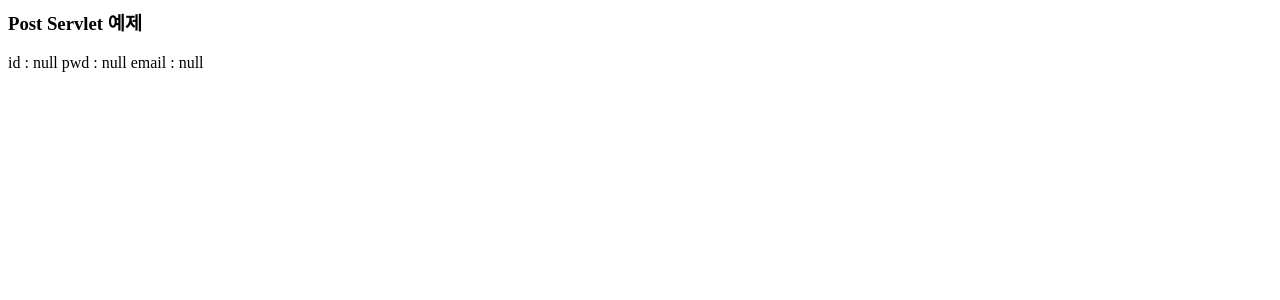
Repository: Chaenini/JSP
Page: http://localhost/Basic_JSP/seprac/PostServlet
The author's editor kept a copy of each file at every save. The page is drawn from the files as they stood at one save, then again after the next save.
The browser window is 1280 px wide. The pictures show the whole page.
The page is served by Tomcat 9.

Above is the page before, as saved 2019-10-18 02:34:37.

After the next save:
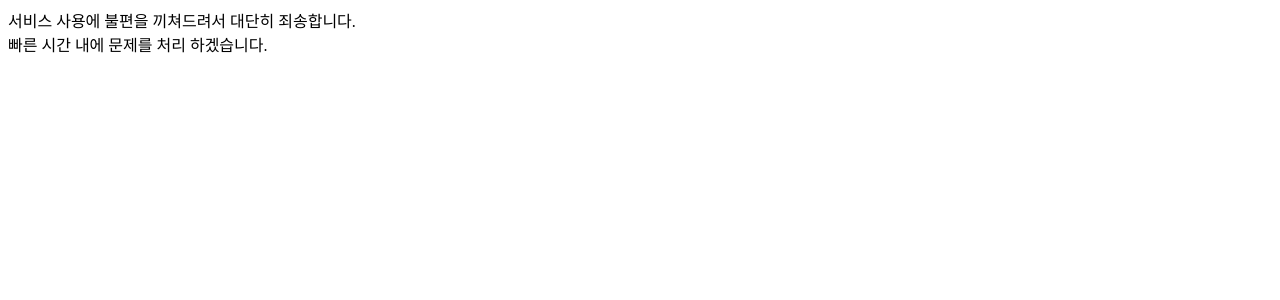
Saved 38 s later.
--- a/JSP/Basic_JSP/src/seprac/PostServlet.java
+++ b/JSP/Basic_JSP/src/seprac/PostServlet.java
@@ -35,9 +35,9 @@
 			out.println("<html>");
 			out.println("<body>");
 			out.println("<h3> Post Servlet 예제 </h3>");
-			out.println("id : "+id);
-			out.println("pwd : "+pwd);
-			out.println("email : "+email);
+			out.println("id : "+id+"<br>");
+			out.println("pwd : "+pwd+"<br>");
+			out.println("email : "+email+<br>"");
 			out.println("</body>");
 			out.println("</html>");
 		}

After the save that followed:
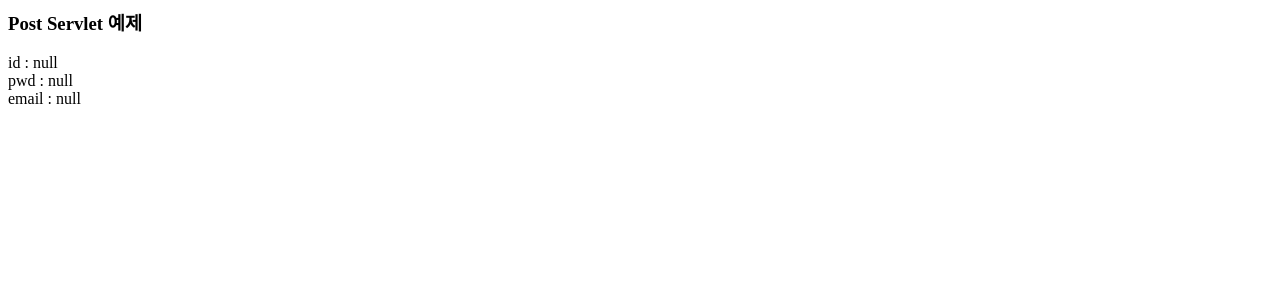
Saved 8 s later.
--- a/JSP/Basic_JSP/src/seprac/PostServlet.java
+++ b/JSP/Basic_JSP/src/seprac/PostServlet.java
@@ -37,7 +37,7 @@
 			out.println("<h3> Post Servlet 예제 </h3>");
 			out.println("id : "+id+"<br>");
 			out.println("pwd : "+pwd+"<br>");
-			out.println("email : "+email+<br>"");
+			out.println("email : "+email+"<br>");
 			out.println("</body>");
 			out.println("</html>");
 		}
